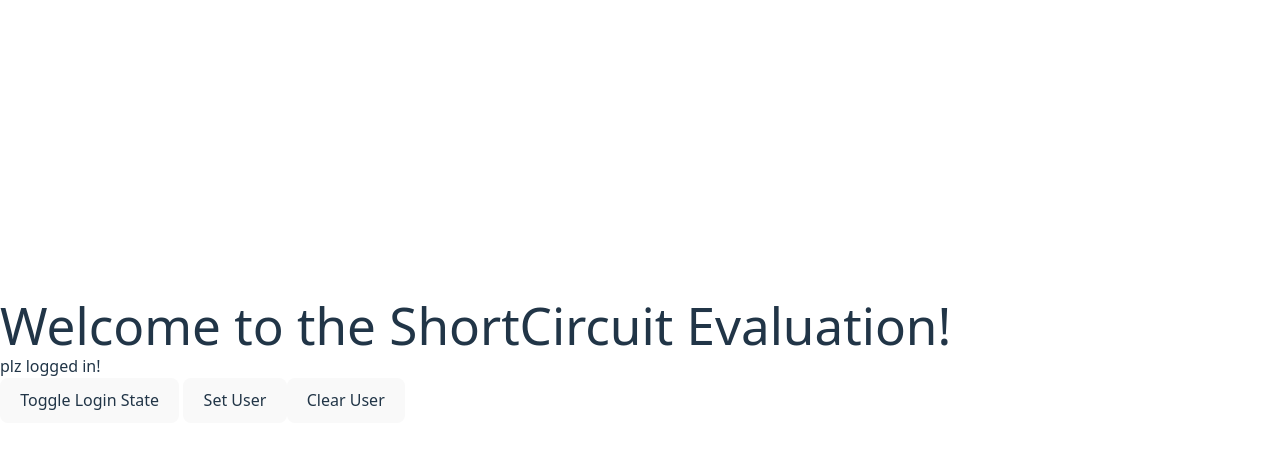
Repository: rushikesh-kolpe21/React_lectures
Page: / (app in React_bun/)
These files come from the project's save history. The page is drawn as it stood at one moment and after the next save; the edit follows.
The browser window is 1280 px wide. The pictures show the whole page.
The project was rebuilt for these pictures with package versions that can differ from the ones it lists, and the page was loaded fresh each time. Also part of the build but not shown: React_bun/vite.config.js, React_bun/src/components/DericedState.jsx, React_bun/src/components/EventProps.jsx, React_bun/src/components/SeriesCards.jsx, React_bun/src/components/Netflix.jsx, React_bun/src/components/Profile.jsx, React_bun/src/components/ToogleSwitch.jsx, React_bun/src/projects/Todo/TodoForm.jsx and 3 more.

Above is the page before, as saved 2025-12-07 08:28:58.

### React_bun/src/main.jsx
import { StrictMode } from 'react'
import { createRoot } from 'react-dom/client'
import './index.css'
import {App} from './App.jsx'

createRoot(document.getElementById('root')).render(
  <StrictMode>
    <App />
  </StrictMode>,
)

### React_bun/src/App.jsx
import { DericedState } from "./components/DericedState";
import { EventProps } from "./components/EventProps";
import { Netflix } from "./components/Netflix";
import { Profile } from "./components/Profile";
import { ToogleSwitch } from "./components/ToogleSwitch";
import { ShortCircuitExample } from "./components/ShortCircuit";
import { Todo } from "./projects/Todo/Todo";

 export const App =()=> {

  const age = 17;

  return(
    <>
    {/* <Netflix/> */}
    {/* <Profile/> */}
    {/* <EventProps/> */}
    {/* <DericedState/> */}
    {/* <ToogleSwitch/> */}
    {/* <section>{<Todo />}</section> */}
    <ShortCircuitExample />
    </>
  )
}

### React_bun/src/components/ShortCircuit.jsx
import { useState } from "react";


export const ShortCircuitExample = () => {

    const [isLoggedIn, setLoggedIn] = useState(false); // state variable ko true or false ke value de ta he
    const [user, setUser] = useState("")

  return (
    <section className="container short-container">
      <h1>Welcome to the ShortCircuit Evaluation!</h1>

      {/* Conditional rendering using short circuit evaluation */}
    { isLoggedIn && <p>You are logged in!</p>}

      {/* Another example of short circuit evaluation */}
      {/* {user || <p>user not found</p>} */}
      {user ? `${user} is login user `: "plz logged in!" }

      <div className="grid-three-cols">
        <button onClick={()=>setLoggedIn(!isLoggedIn)}>Toggle Login State</button> { /* this above only making true or false statement */}
        <button onClick={()=> setUser("rushi")}>Set User</button>
        <button onClick={()=> setUser("")} >Clear User</button>
      </div>
    </section>
  );
};

Loaded but not shown: React_bun/index.html (common file); React_bun/src/index.css (common file)

After the next save:
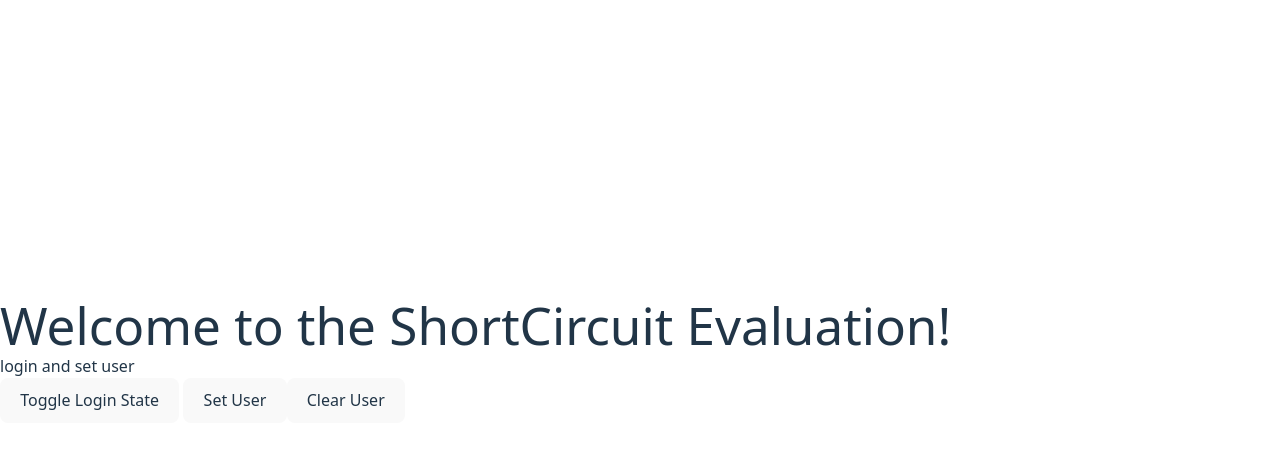
Saved 41 s later.
--- a/React_bun/src/components/ShortCircuit.jsx
+++ b/React_bun/src/components/ShortCircuit.jsx
@@ -15,7 +15,7 @@
 
       {/* Another example of short circuit evaluation */}
       {/* {user || <p>user not found</p>} */}
-      {user ? `${user} is login user `: "plz logged in!" }
+      {user ? `${user} is login user `: "login and set user" }
 
       <div className="grid-three-cols">
         <button onClick={()=>setLoggedIn(!isLoggedIn)}>Toggle Login State</button> { /* this above only making true or false statement */}
